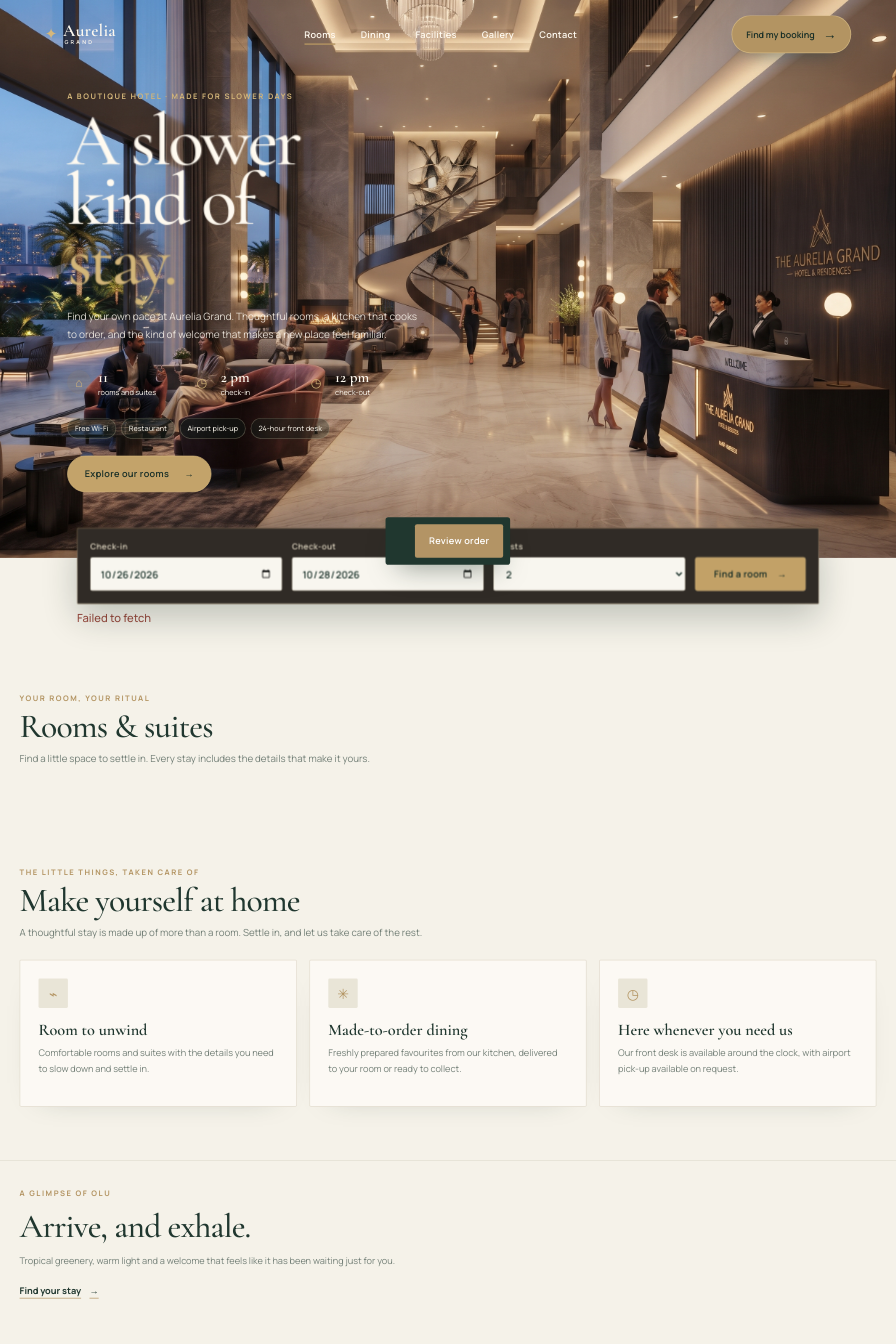
Repository: Deneththri/Hotel-System
Page: public/index.html
The author's editor kept a copy of each file at every save. The page is drawn from the files as they stood at one save, then again after the next save.
The browser window is 1280 px wide. The pictures show the part of the page from y = 0 to 1920 px (the page is 3034 px tall before and 3943 px after), at 70% of full size.
The page's requests for data from a server got no answer.

Above is the page before, as saved 2026-11-04 02:54:46.

After the next save:
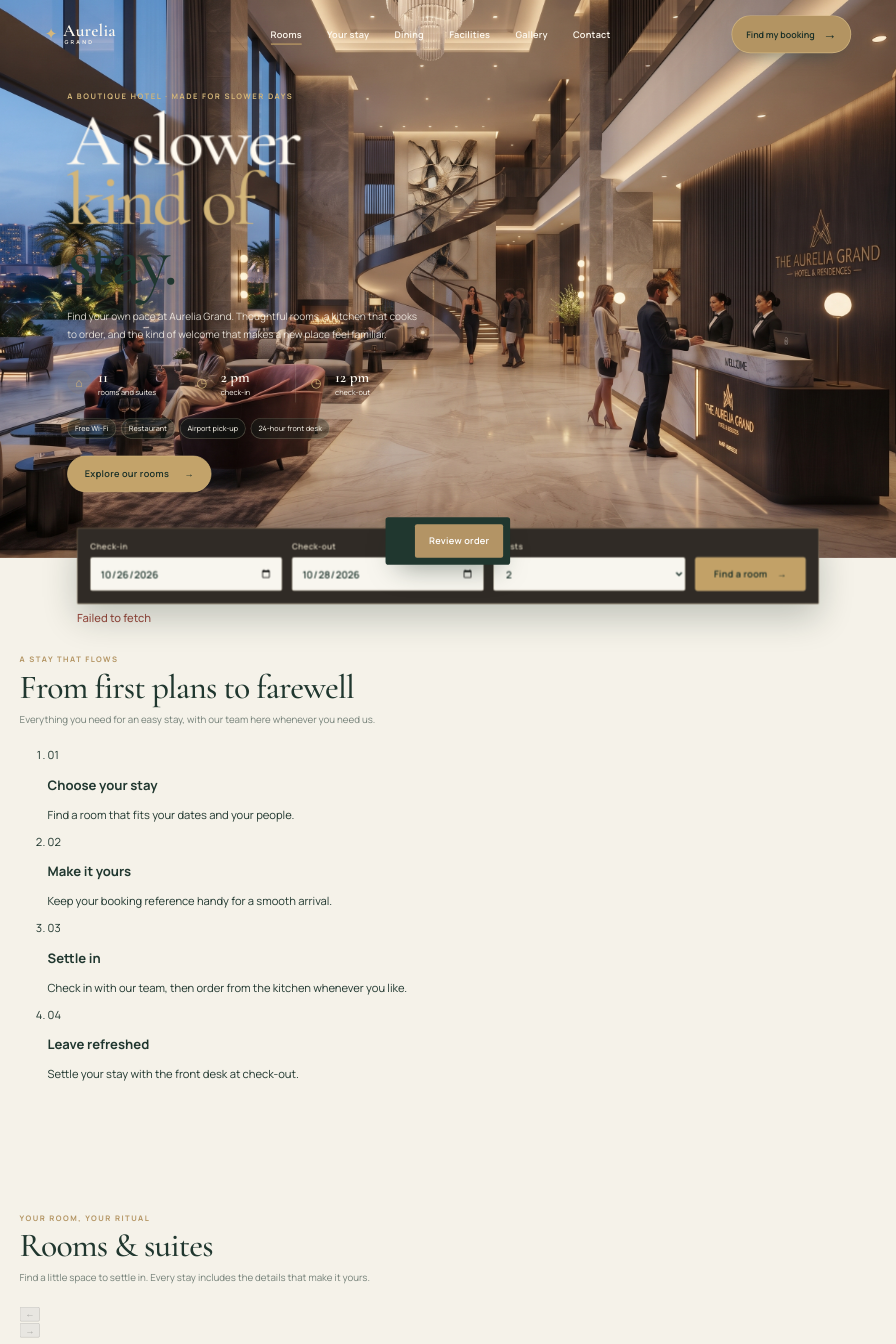
Saved 3 days later.
--- a/public/index.html
+++ b/public/index.html
@@ -22,6 +22,7 @@
     </div>
     <nav class="main-nav" id="mainNav" aria-label="Main navigation">
       <a href="#stay">Rooms</a>
+      <a href="#journey">Your stay</a>
       <a href="#dining">Dining</a>
       <a href="#facilities">Facilities</a>
       <a href="#gallery">Gallery</a>
@@ -35,7 +36,7 @@
     <section class="hero" id="top" aria-labelledby="heroTitle">
       <div class="hero-copy">
         <p class="eyebrow">A BOUTIQUE HOTEL · MADE FOR SLOWER DAYS</p>
-        <h1 class="hero-title" id="heroTitle"><span>A slower</span><span>kind of</span><span>stay.</span></h1>
+        <h1 class="hero-title" id="heroTitle"><span>A slower</span><span>kind of</span>stay.</span></h1>
         <p class="lead">Find your own pace at Aurelia Grand. Thoughtful rooms, a kitchen that cooks to order, and the kind of welcome that makes a new place feel familiar.</p>
         <div class="stats" aria-label="Hotel information">
           <div class="stat-item"><span class="stat-icon" aria-hidden="true">⌂</span><div><strong>11</strong><small>rooms and suites</small></div></div>
@@ -59,39 +60,58 @@
     </form>
     <p id="searchMsg" class="msg" role="status" aria-live="polite"></p>
 
+    <section id="journey" class="section journey-section" aria-labelledby="journeyTitle">
+      <div class="section-heading" data-reveal>
+        <p class="eyebrow">A STAY THAT FLOWS</p>
+        <h2 id="journeyTitle">From first plans to farewell</h2>
+        <p class="muted">Everything you need for an easy stay, with our team here whenever you need us.</p>
+      </div>
+      <ol class="journey-track">
+        <li class="journey-step" data-reveal><span class="journey-number">01</span><div><h3>Choose your stay</h3><p>Find a room that fits your dates and your people.</p></div></li>
+        <li class="journey-step" data-reveal><span class="journey-number">02</span><div><h3>Make it yours</h3><p>Keep your booking reference handy for a smooth arrival.</p></div></li>
+        <li class="journey-step" data-reveal><span class="journey-number">03</span><div><h3>Settle in</h3><p>Check in with our team, then order from the kitchen whenever you like.</p></div></li>
+        <li class="journey-step" data-reveal><span class="journey-number">04</span><div><h3>Leave refreshed</h3><p>Settle your stay with the front desk at check-out.</p></div></li>
+      </ol>
+    </section>
+
     <section id="stay" class="section stay-section">
-      <div class="section-heading">
+      <div class="section-heading" data-reveal>
         <p class="eyebrow">YOUR ROOM, YOUR RITUAL</p>
         <h2>Rooms &amp; suites</h2>
         <p class="muted">Find a little space to settle in. Every stay includes the details that make it yours.</p>
       </div>
-      <div id="rooms" class="grid" aria-live="polite"></div>
+      <div class="room-carousel">
+        <button class="room-arrow room-arrow-prev" type="button" aria-label="Show previous rooms" aria-controls="rooms" disabled>&larr;</button>
+        <div id="rooms" class="grid room-track" aria-live="polite" tabindex="0"></div>
+        <button class="room-arrow room-arrow-next" type="button" aria-label="Show more rooms" aria-controls="rooms" disabled>&rarr;</button>
+      </div>
     </section>
 
     <section id="facilities" class="section facilities-section">
-      <div class="section-heading">
+      <div class="section-heading" data-reveal>
         <p class="eyebrow">THE LITTLE THINGS, TAKEN CARE OF</p>
         <h2>Make yourself at home</h2>
         <p class="muted">A thoughtful stay is made up of more than a room. Settle in, and let us take care of the rest.</p>
       </div>
       <div class="facility-grid">
-        <article class="facility-card"><span class="facility-icon" aria-hidden="true">⌁</span><h3>Room to unwind</h3><p>Comfortable rooms and suites with the details you need to slow down and settle in.</p></article>
-        <article class="facility-card"><span class="facility-icon" aria-hidden="true">✳</span><h3>Made-to-order dining</h3><p>Freshly prepared favourites from our kitchen, delivered to your room or ready to collect.</p></article>
-        <article class="facility-card"><span class="facility-icon" aria-hidden="true">◷</span><h3>Here whenever you need us</h3><p>Our front desk is available around the clock, with airport pick-up available on request.</p></article>
+        <article class="facility-card" data-reveal><span class="facility-icon" aria-hidden="true">⌁</span><h3>Room to unwind</h3><p>Comfortable rooms and suites with the details you need to slow down and settle in.</p></article>
+        <article class="facility-card" data-reveal><span class="facility-icon" aria-hidden="true">✳</span><h3>Made-to-order dining</h3><p>Freshly prepared favourites from our kitchen, delivered to your room or ready to collect.</p></article>
+        <article class="facility-card" data-reveal><span class="facility-icon" aria-hidden="true">◷</span><h3>Here whenever you need us</h3><p>Our front desk is available around the clock, with airport pick-up available on request.</p></article>
       </div>
     </section>
 
     <section id="gallery" class="section gallery-section">
-      <div class="gallery-copy">
+      <div class="gallery-copy" data-reveal>
         <p class="eyebrow">A GLIMPSE OF OLU</p>
         <h2>Arrive, and exhale.</h2>
         <p class="muted">Tropical greenery, warm light and a welcome that feels like it has been waiting just for you.</p>
         <a class="text-link" href="#search">Find your stay <span aria-hidden="true">→</span></a>
       </div>
+      <figure class="gallery-photo" data-reveal role="img" aria-label="A serene guest room opening onto the hotel garden"></figure>
     </section>
 
     <section id="dining" class="section dining">
-      <div class="section-heading">
+      <div class="section-heading" data-reveal>
         <p class="eyebrow">FROM OUR KITCHEN</p>
         <h2>A little something delicious</h2>
         <p class="muted">Order from our kitchen. Add your booking reference at checkout and we'll bring it to your room.</p>
@@ -102,19 +122,19 @@
     </section>
 
     <section id="contact" class="section contact-section">
-      <div>
+      <div data-reveal>
         <p class="eyebrow">A WARM WELCOME, ALWAYS</p>
         <h2>We're here to help.</h2>
         <p class="muted">Need a hand with an upcoming stay? Look up your booking or browse the kitchen menu.</p>
       </div>
-      <div class="contact-actions">
+      <div class="contact-actions" data-reveal>
         <a class="btn dark" href="#manage">Find my booking <span aria-hidden="true">→</span></a>
         <a class="btn ghost" href="#dining">Explore dining</a>
       </div>
     </section>
 
     <section id="manage" class="section narrow">
-      <div class="section-heading">
+      <div class="section-heading" data-reveal>
         <p class="eyebrow">YOUR STAY, AT YOUR FINGERTIPS</p>
         <h2>Find my booking</h2>
         <p class="muted">Enter your reference and the email you booked with to view or cancel.</p>
@@ -129,7 +149,7 @@
     </section>
   </main>
 
-  <footer><a class="footer-brand" href="#top">Aurelia Grand</a><span>Thoughtful stays, at your own pace.</span><a href="#contact">Get in touch</a></footer>
+  <footer><a class="footer-brand" href="#top">Aurelia Grand</a><span>Thoughtful stays, at your own pace.</span><a href="#contact">Get in touch</a><a href="/admin.html">Staff sign in</a></footer>
   <div class="cartbar" id="cartbar"><span></span><button class="btn" id="reviewBtn">Review order</button></div>
   <button class="pill" id="pill" hidden></button>
   <div id="modal" class="modal" hidden>
